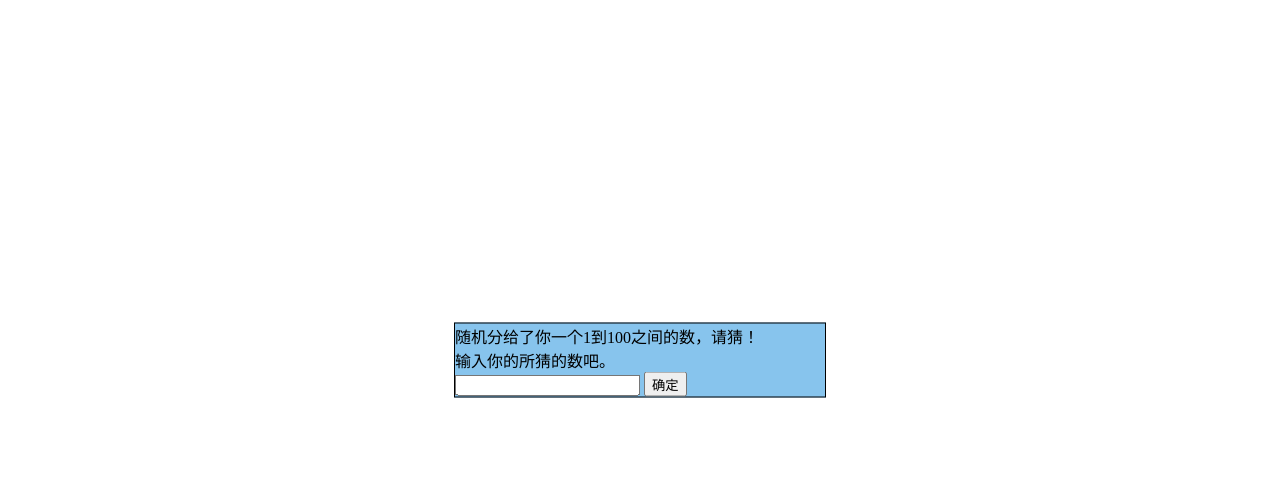
Repository: guirui-li/StudyJavaWeb
Page: http://localhost/JavawebTest/experiment04/getNumber.jsp
The author's editor kept a copy of each file at every save. The page is drawn from the files as they stood at one save, then again after the next save.
The browser window is 1280 px wide. The pictures show the whole page.
The page is served by Tomcat 9.

Above is the page before, as saved 2019-05-03 06:57:18.

After the next save:
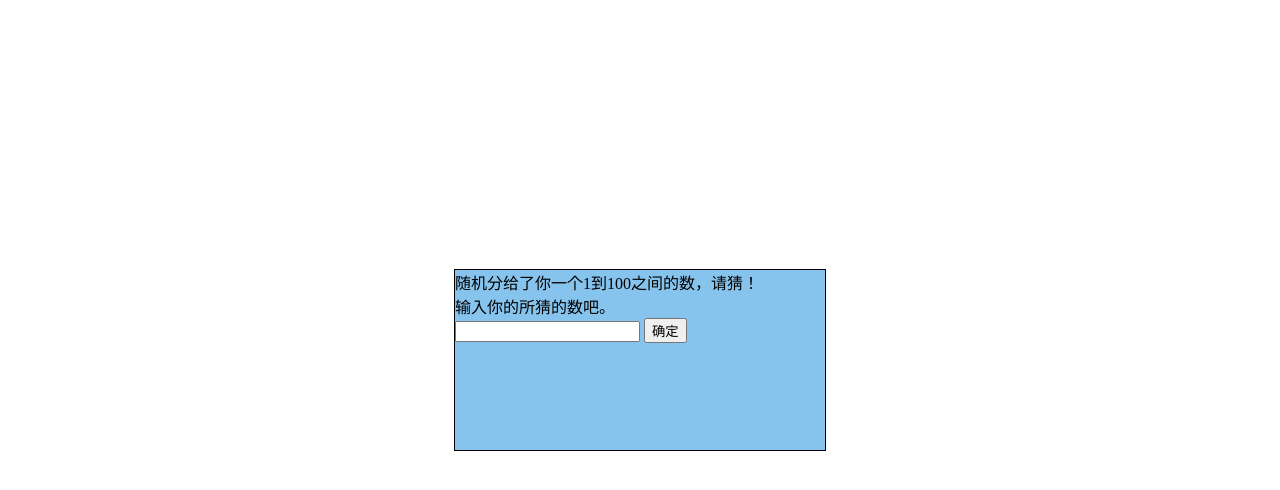
Saved 10 s later.
--- a/JavawebTest/WebContent/experiment04/getNumber.jsp
+++ b/JavawebTest/WebContent/experiment04/getNumber.jsp
@@ -9,7 +9,7 @@
 		#div{
 			border:1px solid black;
 			width:370px;
-			height:1	80px;
+			height:180px;
 			background-color:#87c4ed;
 			position:absolute;
 			top:50%;
